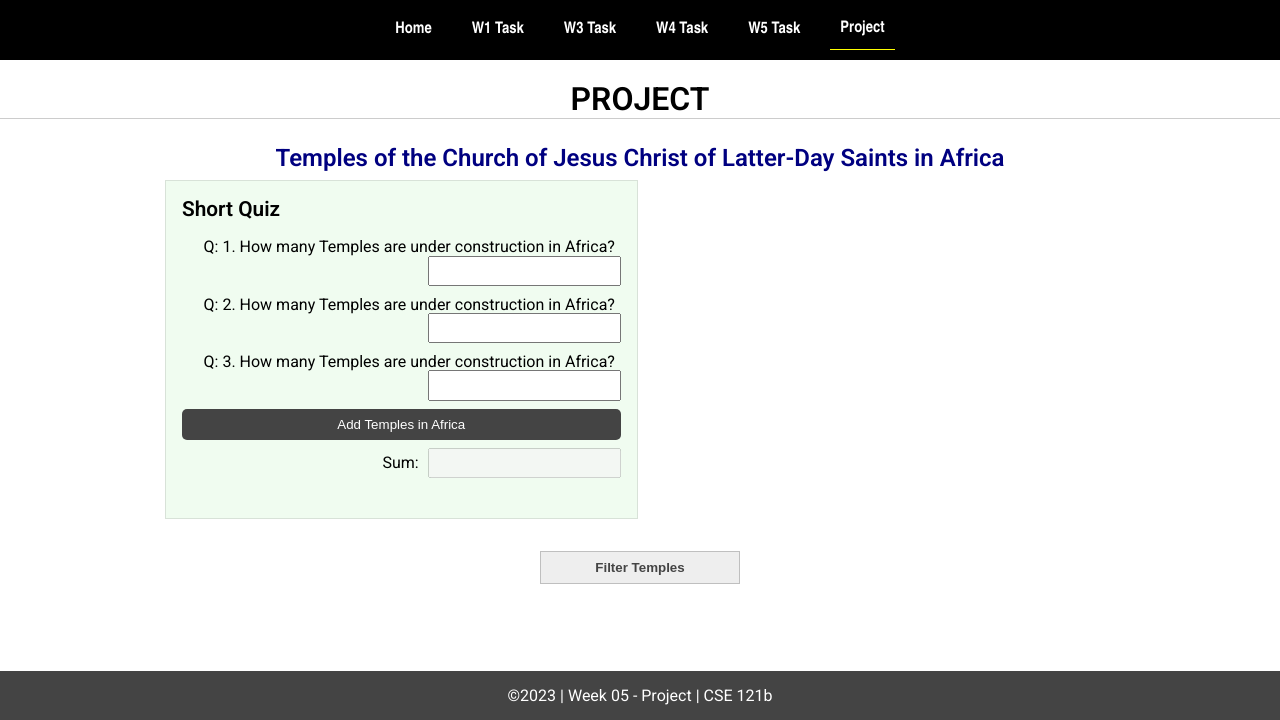
Repository: mszakutumela/cse121b
Page: Project/project.html
The author's editor kept a copy of each file at every save. The page is drawn from the files as they stood at one save, then again after the next save.
The browser window is 1280 px wide. The pictures show the whole page.

Above is the page before, as saved 2023-10-24 15:04:45.

After the next save:
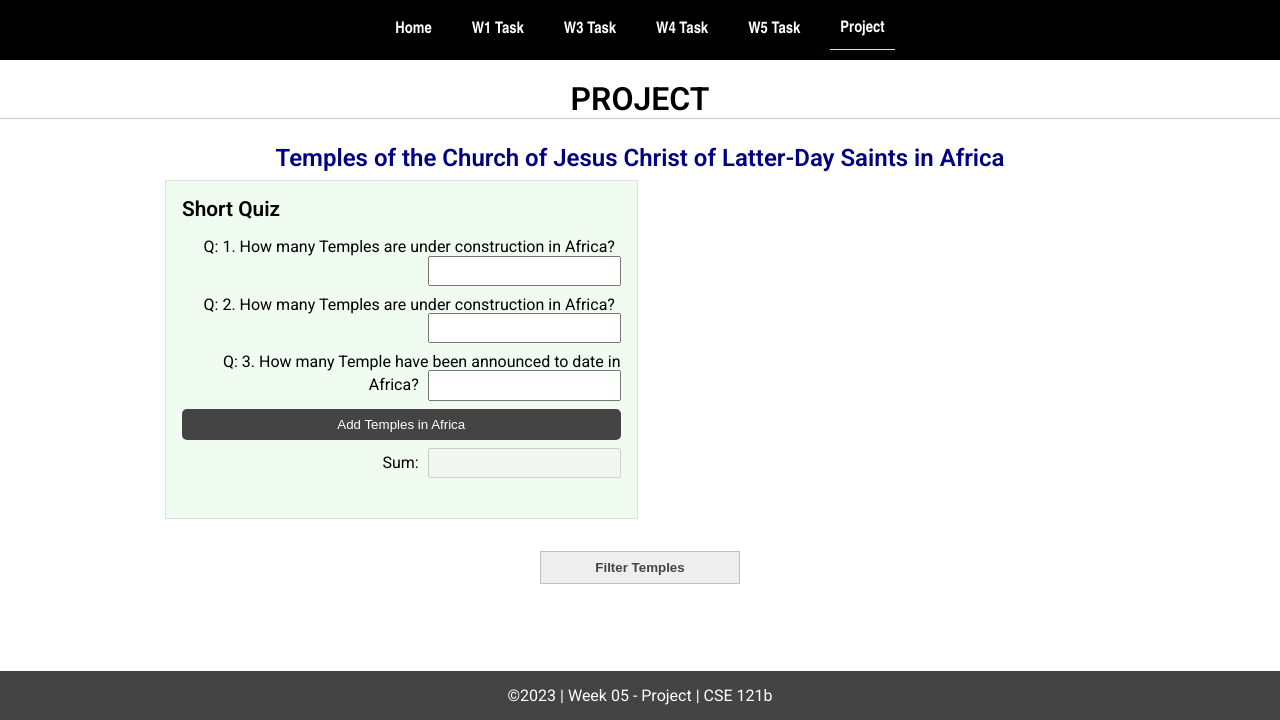
Saved 16 s later.
--- a/Project/project.html
+++ b/Project/project.html
@@ -41,7 +41,7 @@
                   <input type="text" id="add2" name="add2">
               </div>
               <div>
-                <label for="add2">Q: 3. How many Temples are under construction in Africa?</label>
+                <label for="add2">Q: 3. How many Temple have been announced to date in Africa?</label>
                 <input type="text" id="add2" name="add2">
             </div>
               <div>
